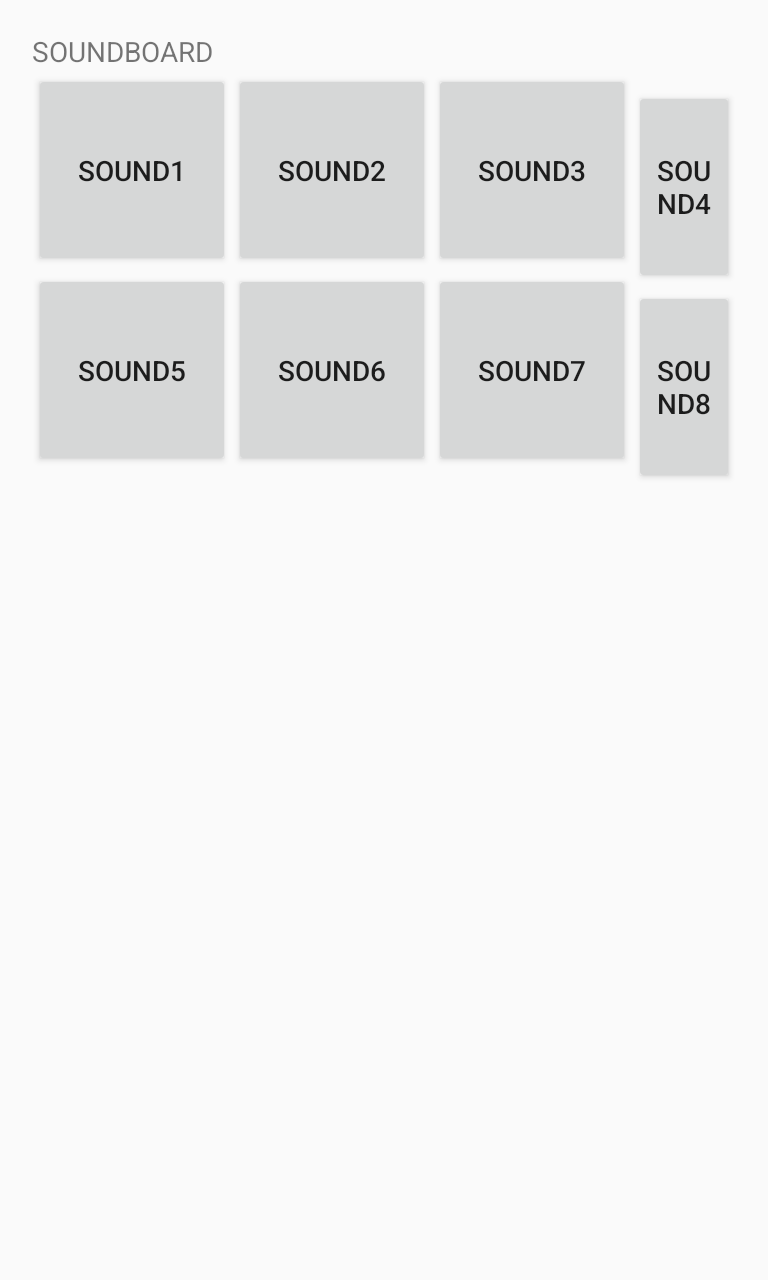
Repository: SoundBoardJAMJ/Project
Layout: workspace/soundtest/res/layout/fragment_main.xml
The author's editor kept a copy of each file at every save. The layout is drawn from the files as they stood at one save, then again after the next save.
It is drawn on a 768 x 1280 px phone screen (xhdpi) without system bars, with theme AppTheme; the app's code is not run.

Above is the layout before, as saved 2014-04-28 23:20:38.

After the next save:
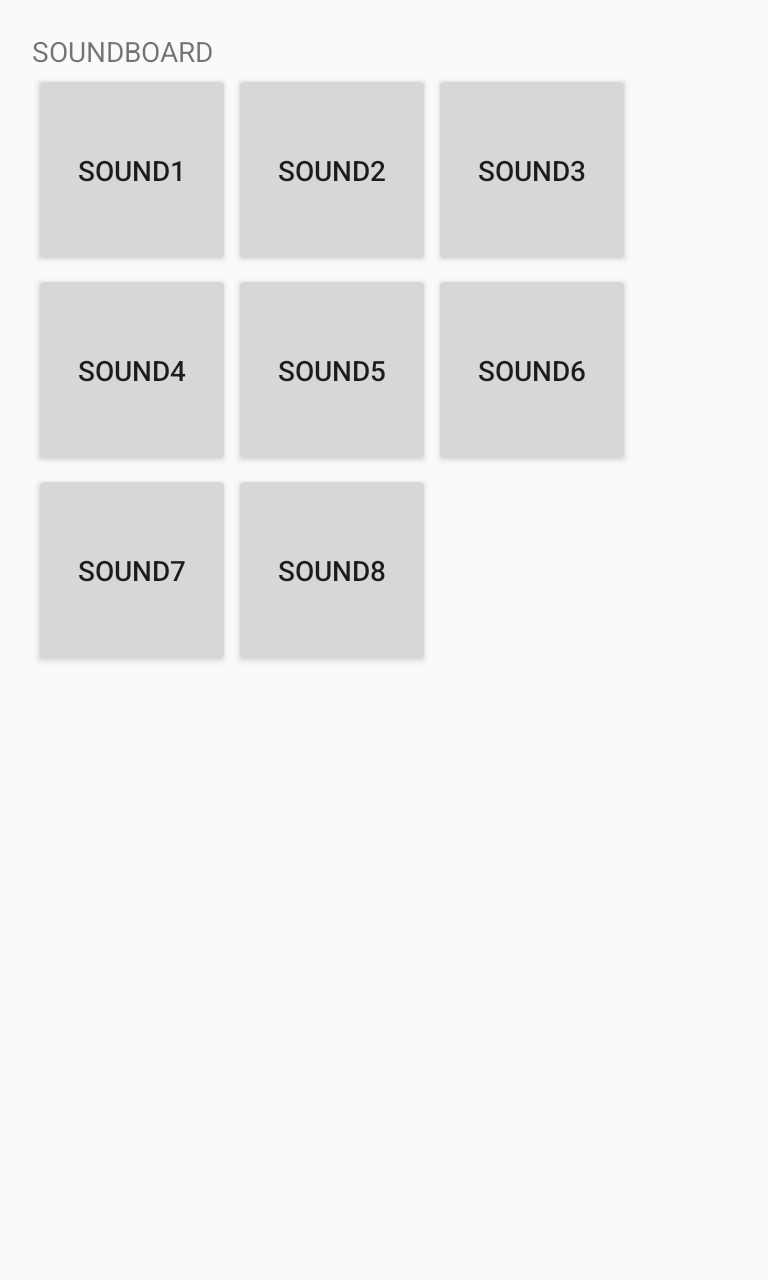
Saved 3 min 19 s later.
--- a/workspace/soundtest/res/layout/fragment_main.xml
+++ b/workspace/soundtest/res/layout/fragment_main.xml
@@ -5,7 +5,7 @@ android:layout_height="match_parent" >
 
 <RelativeLayout
     android:layout_width="match_parent"
-    android:layout_height="match_parent"
+    android:layout_height="469dp"
     android:paddingBottom="@dimen/activity_vertical_margin"
     android:paddingLeft="@dimen/activity_horizontal_margin"
     android:paddingRight="@dimen/activity_horizontal_margin"
@@ -38,16 +38,6 @@ android:layout_height="match_parent" >
         android:text="sound3" />
 
     <Button
-        android:id="@+id/button4"
-        android:layout_width="100dp"
-        android:layout_height="100dp"
-        android:layout_alignBaseline="@+id/button3"
-        android:layout_alignBottom="@+id/button3"
-        android:layout_toRightOf="@+id/button3"
-        android:onClick="ButtonOnClick"
-        android:text="sound4" />
-
-    <Button
         android:id="@+id/button2"
         android:layout_width="100dp"
         android:layout_height="100dp"
@@ -58,11 +48,39 @@ android:layout_height="match_parent" >
         android:text="sound2" />
 
     <Button
+        android:id="@+id/button8"
+        android:layout_width="100dp"
+        android:layout_height="100dp"
+        android:layout_alignBaseline="@+id/button7"
+        android:layout_alignBottom="@+id/button7"
+        android:layout_toRightOf="@+id/button4"
+        android:onClick="ButtonOnClick"
+        android:text="sound8" />
+
+    <Button
+        android:id="@+id/button7"
+        android:layout_width="100dp"
+        android:layout_height="100dp"
+        android:layout_below="@+id/button4"
+        android:layout_toLeftOf="@+id/button8"
+        android:onClick="ButtonOnClick"
+        android:text="sound7" />
+
+    <Button
+        android:id="@+id/button4"
+        android:layout_width="100dp"
+        android:layout_height="100dp"
+        android:layout_alignLeft="@+id/button1"
+        android:layout_below="@+id/button1"
+        android:onClick="ButtonOnClick"
+        android:text="sound4" />
+
+    <Button
         android:id="@+id/button5"
         android:layout_width="100dp"
         android:layout_height="100dp"
-        android:layout_below="@+id/button1"
-        android:layout_toLeftOf="@+id/button2"
+        android:layout_above="@+id/button8"
+        android:layout_alignLeft="@+id/button8"
         android:onClick="ButtonOnClick"
         android:text="sound5" />
 
@@ -72,29 +90,9 @@ android:layout_height="match_parent" >
         android:layout_height="100dp"
         android:layout_alignBaseline="@+id/button5"
         android:layout_alignBottom="@+id/button5"
-        android:layout_toLeftOf="@+id/button3"
+        android:layout_toRightOf="@+id/button5"
         android:onClick="ButtonOnClick"
         android:text="sound6" />
 
-    <Button
-        android:id="@+id/button7"
-        android:layout_width="100dp"
-        android:layout_height="100dp"
-        android:layout_alignBaseline="@+id/button6"
-        android:layout_alignBottom="@+id/button6"
-        android:layout_toLeftOf="@+id/button4"
-        android:onClick="ButtonOnClick"
-        android:text="sound7" />
-
-    <Button
-        android:id="@+id/button8"
-        android:layout_width="100dp"
-        android:layout_height="100dp"
-        android:layout_alignBaseline="@+id/button7"
-        android:layout_alignBottom="@+id/button7"
-        android:layout_alignLeft="@+id/button4"
-        android:onClick="ButtonOnClick"
-        android:text="sound8" />
-
 </RelativeLayout>
 </ScrollView>
